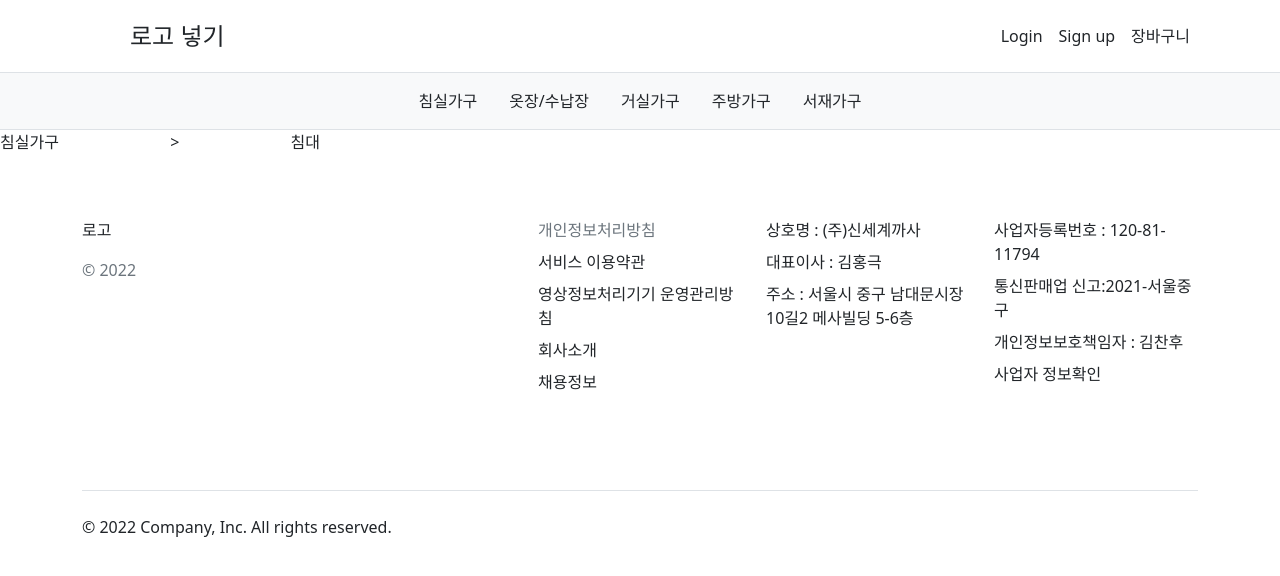
Repository: raoniee/Elice-House-Project
Page: FE/views/pages/main/item-list.html
These files come from the project's save history. The page is drawn as it stood at one moment and after the next save; the edit follows.
The browser window is 1280 px wide. The pictures show the whole page.

Above is the page before, as saved 2023-07-06 13:20:12.

### FE/views/pages/main/item-list.html
<!DOCTYPE html>
<html lang="ko">
  <head>
    <meta charset="UTF-8" />
    <meta http-equiv="X-UA-Compatible" content="IE=edge" />
    <meta name="viewport" content="width=device-width, initial-scale=1.0" />
    <title>Elice-House/item-list</title>
    <link
      href="https://cdn.jsdelivr.net/npm/bootstrap@5.2.3/dist/css/bootstrap.min.css"
      rel="stylesheet"
      integrity="sha384-rbsA2VBKQhggwzxH7pPCaAqO46MgnOM80zW1RWuH61DGLwZJEdK2Kadq2F9CUG65"
      crossorigin="anonymous"
    />
    <script
      src="../../components/header/header.js"
      type="module"
      defer
    ></script>
    <script
      src="../../components/footer/footer.js"
      type="module"
      defer
    ></script>
    <script src="./item-list.js" type="module" defer></script>
  </head>
  <body>
    <header class="header">
      <!-- header template로 삽입 -->
    </header>

    <main>
      <div class="menu_bar w-25 d-flex justify-content-between">
        <p class="menu-depth1">침실가구</p>
        <p class="arrow">></p>
        <p class="menu-depth2">침대</p>
        <!-- menu_bar template로 삽입 -->
      </div>
      <div class="item_list">
        <!-- item_list_card template로 삽입 -->
      </div>
    </main>

    <footer class="footer">
      <!-- footer template로 삽입 -->
    </footer>

    <script
      src="https://cdn.jsdelivr.net/npm/bootstrap@5.2.3/dist/js/bootstrap.bundle.min.js"
      integrity="sha384-kenU1KFdBIe4zVF0s0G1M5b4hcpxyD9F7jL+jjXkk+Q2h455rYXK/7HAuoJl+0I4"
      crossorigin="anonymous"
    ></script>
  </body>
</html>

### FE/views/components/header/header.js
export const drawHeader = () => {
  let headerTemplate = `
  <div class="py-3 border-bottom">
      <div class="container d-flex flex-wrap justify-content-center">
        <a
          href="/"
          class="d-flex align-items-center mb-3 mb-lg-0 me-lg-auto text-dark text-decoration-none"
        >
          <svg class="bi me-2" width="40" height="32">
            <use xlink:href="#bootstrap" />
          </svg>
          <span class="fs-4">로고 넣기</span>
        </a>
        <ul class="nav">
          <li class="nav-item">
            <a href="" class="nav-link link-dark px-2">Login</a>
          </li>
          <li class="nav-item">
            <a href="" class="nav-link link-dark px-2">Sign up</a>
          </li>
          <li class="nav-item">
            <a href="" class="nav-link link-dark px-2">장바구니</a>
          </li>
        </ul>
      </div>
    </div>
    <nav class="py-2 bg-light border-bottom">
      <div class="container">
        <ul class="nav justify-content-center nav-pills">
          <li class="nav-item">
            <div class="dropdown text-end">
              <a
                href="#"
                class="d-block link-dark text-decoration-none nav-link"
                data-bs-toggle="dropdown"
                aria-expanded="false"
                >침실가구
              </a>
              <ul class="dropdown-menu text-small">
                <li><a class="dropdown-item" href="#">침대</a></li>
                <li><a class="dropdown-item" href="#">매트리스/토퍼</a></li>
                <li><a class="dropdown-item" href="#">화장대/콘솔/거울</a></li>
                <li><a class="dropdown-item" href="#">서랍장/협탁</a></li>
              </ul>
            </div>
          </li>
          <li class="nav-item">
            <div class="dropdown text-end">
              <a
                href="#"
                class="d-block link-dark text-decoration-none nav-link"
                data-bs-toggle="dropdown"
                aria-expanded="false"
                >옷장/수납장
              </a>
              <ul class="dropdown-menu text-small">
                <li><a class="dropdown-item" href="#">옷장/붙박이장</a></li>
                <li><a class="dropdown-item" href="#">드레스룸/행거</a></li>
              </ul>
            </div>
          </li>
          <li class="nav-item">
            <div class="dropdown text-end">
              <a
                href="#"
                class="d-block link-dark text-decoration-none nav-link"
                data-bs-toggle="dropdown"
                aria-expanded="false"
                >거실가구
              </a>
              <ul class="dropdown-menu text-small">
                <li><a class="dropdown-item" href="#">소파</a></li>
                <li><a class="dropdown-item" href="#">거실테이블</a></li>
                <li><a class="dropdown-item" href="#">거실장</a></li>
              </ul>
            </div>
          </li>
          <li class="nav-item">
            <div class="dropdown text-end">
              <a
                href="#"
                class="d-block link-dark text-decoration-none nav-link"
                data-bs-toggle="dropdown"
                aria-expanded="false"
                >주방가구
              </a>
              <ul class="dropdown-menu text-small">
                <li><a class="dropdown-item" href="#">식탁/테이블</a></li>
                <li><a class="dropdown-item" href="#">홈바/아일랜드식탁</a></li>
                <li><a class="dropdown-item" href="#">식탁세트</a></li>
              </ul>
            </div>
          </li>
          <li class="nav-item">
            <div class="dropdown text-end">
              <a
                href="#"
                class="d-block link-dark text-decoration-none nav-link"
                data-bs-toggle="dropdown"
                aria-expanded="false"
                >서재가구
              </a>
              <ul class="dropdown-menu text-small">
                <li><a class="dropdown-item" href="#">책상/책장/ACC</a></li>
                <li><a class="dropdown-item" href="#">서재의자</a></li>
              </ul>
            </div>
          </li>
        </ul>
      </div>
    </nav>
    `;
  // .header 부분에 header.html을 삽입
  const headerTag = document.querySelector(".header");
  headerTag.innerHTML = headerTemplate;
};

### FE/views/components/footer/footer.js
export const drawFooter = () => {
  let footerTemplate = `
        <div class="container">
      <div class="row py-5">
        <div class="col mb-3">
          <a
            href="/"
            class="d-flex align-items-center mb-3 link-dark text-decoration-none"
          >
            로고
          </a>
          <p class="text-muted">&copy; 2022</p>
        </div>

        <div class="col mb-3"></div>

        <div class="col mb-3">
          <ul class="nav flex-column">
            <li class="nav-item mb-2 text-muted">개인정보처리방침</li>
            <li class="nav-item mb-2">서비스 이용약관</li>
            <li class="nav-item mb-2">영상정보처리기기 운영관리방침</li>
            <li class="nav-item mb-2">회사소개</li>
            <li class="nav-item mb-2">채용정보</li>
          </ul>
        </div>

        <div class="col mb-3">
          <ul class="nav flex-column">
            <li class="nav-item mb-2">상호명 : (주)신세계까사</li>
            <li class="nav-item mb-2">대표이사 : 김홍극</li>
            <li class="nav-item mb-2">
              주소 : 서울시 중구 남대문시장10길2 메사빌딩 5-6층
            </li>
          </ul>
        </div>

        <div class="col mb-3">
          <ul class="nav flex-column">
            <li class="nav-item mb-2">사업자등록번호 : 120-81-11794</li>
            <li class="nav-item mb-2">통신판매업 신고:2021-서울중구</li>
            <li class="nav-item mb-2">개인정보보호책임자 : 김찬후</li>
            <li class="nav-item mb-2">사업자 정보확인</li>
          </ul>
        </div>
      </div>
      <div
        class="d-flex flex-column flex-sm-row justify-content-between py-4 my-4 border-top"
      >
        <p>&copy; 2022 Company, Inc. All rights reserved.</p>
        <ul class="list-unstyled d-flex">
          <li class="ms-3">
            <a class="link-dark" href="#"
              ><svg class="bi" width="24" height="24">
                <use xlink:href="#twitter" /></svg
            ></a>
          </li>
          <li class="ms-3">
            <a class="link-dark" href="#"
              ><svg class="bi" width="24" height="24">
                <use xlink:href="#instagram" /></svg
            ></a>
          </li>
          <li class="ms-3">
            <a class="link-dark" href="#"
              ><svg class="bi" width="24" height="24">
                <use xlink:href="#facebook" /></svg
            ></a>
          </li>
        </ul>
      </div>
    </div>
    `;
  // .footer 부분에 footer.html을 삽입
  const footerTag = document.querySelector(".footer");
  footerTag.innerHTML = footerTemplate;
};

### FE/views/pages/main/item-list.js
import { drawHeader } from "../../components/header/header.js";
import { drawFooter } from "../../components/footer/footer.js";

// Header, Footer 템플릿 삽입
drawHeader();
drawFooter();

After the next save:
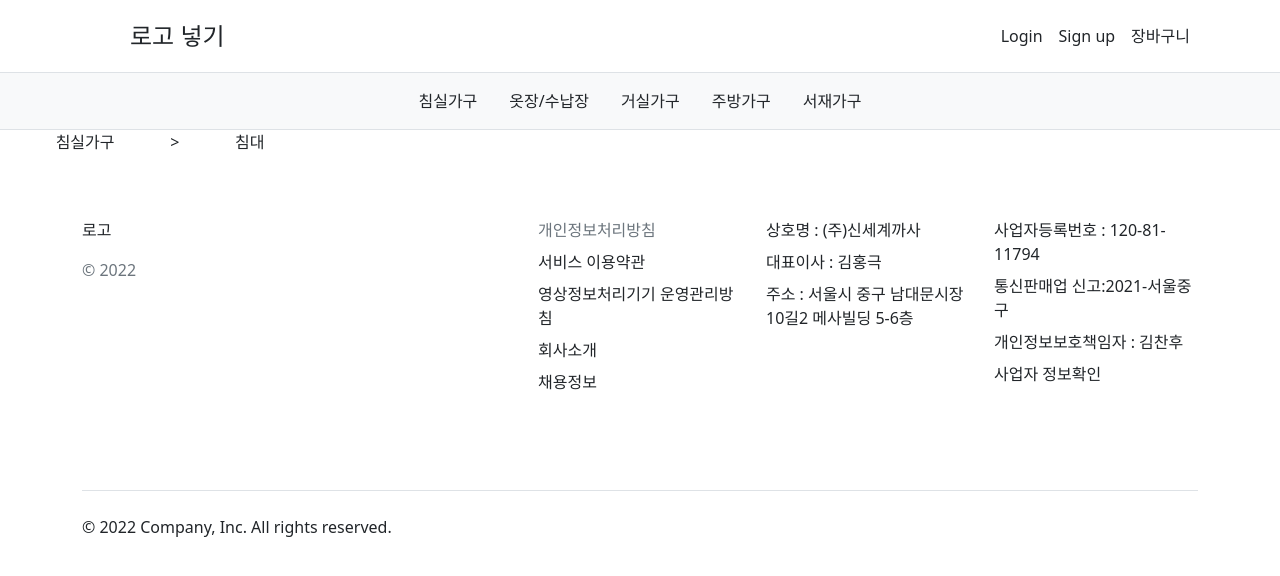
Saved 48 s later.
--- a/FE/views/pages/main/item-list.html
+++ b/FE/views/pages/main/item-list.html
@@ -29,7 +29,7 @@
     </header>
 
     <main>
-      <div class="menu_bar w-25 d-flex justify-content-between">
+      <div class="menu_bar w-25 d-flex justify-content-evenly">
         <p class="menu-depth1">침실가구</p>
         <p class="arrow">></p>
         <p class="menu-depth2">침대</p>

After the save that followed:
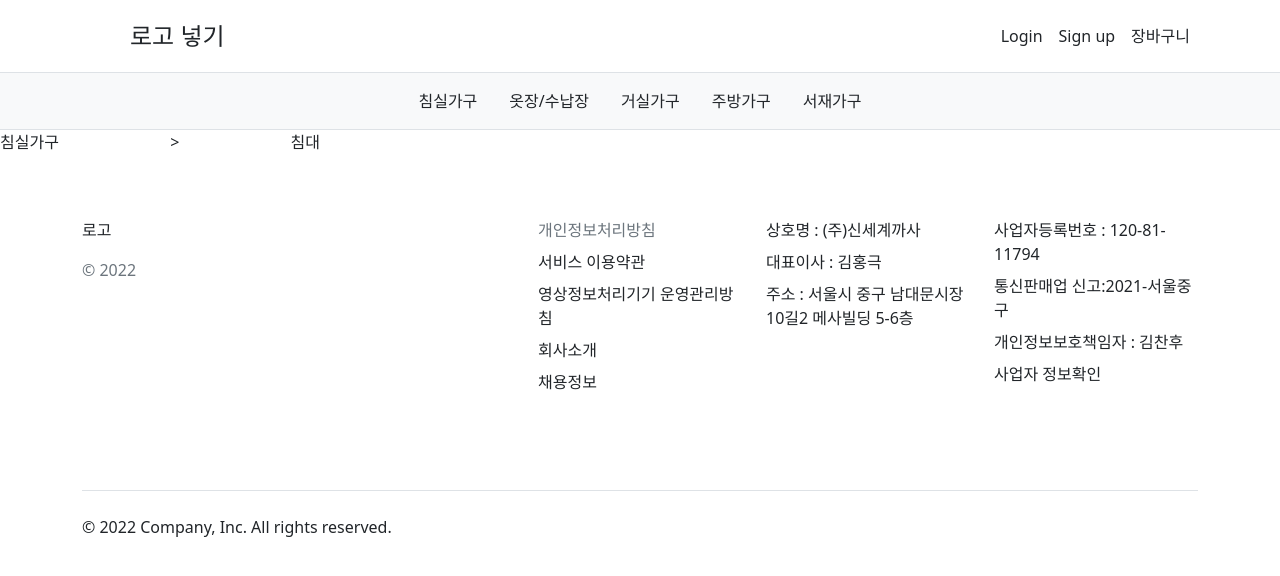
Saved 17 s later.
--- a/FE/views/pages/main/item-list.html
+++ b/FE/views/pages/main/item-list.html
@@ -29,7 +29,7 @@
     </header>
 
     <main>
-      <div class="menu_bar w-25 d-flex justify-content-evenly">
+      <div class="menu_bar w-25 d-flex justify-content-between">
         <p class="menu-depth1">침실가구</p>
         <p class="arrow">></p>
         <p class="menu-depth2">침대</p>
